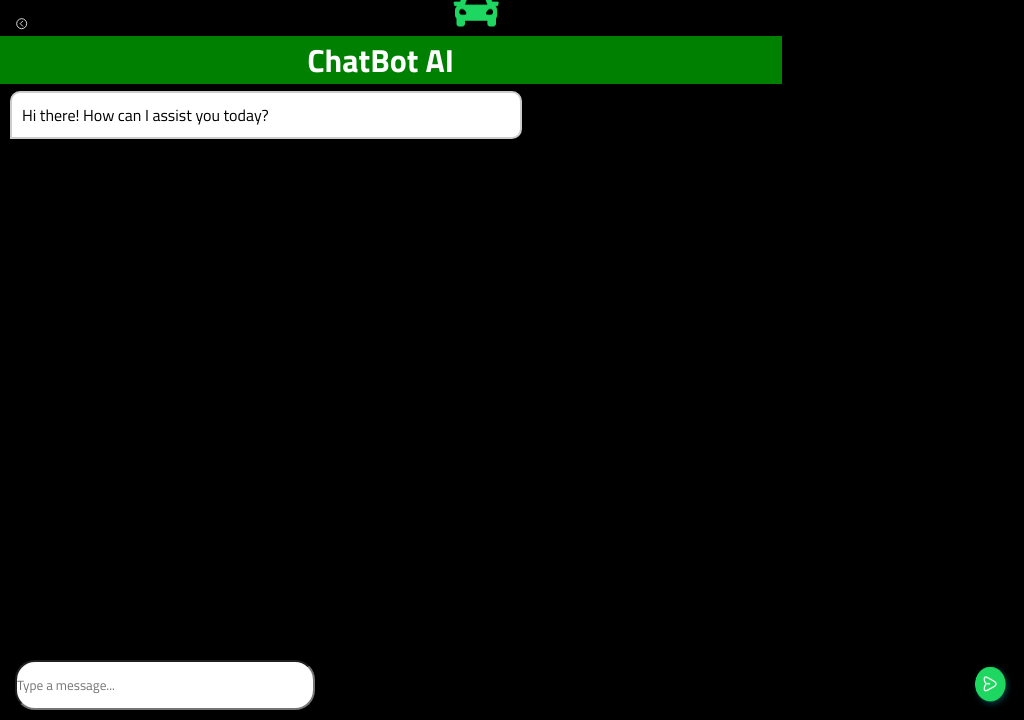
Repository: Rithingithub/SpotWise
Page: /support (app in client/)
These files come from the project's save history. The page is drawn as it stood at one moment and after the next save; the edit follows.
The browser window is 1024 px wide. The pictures show the whole page.
The project was rebuilt for these pictures with package versions that can differ from the ones it lists, and the page was loaded fresh each time. Also part of the build but not shown: client/src/pages/PhoneNumberInput.js, client/src/pages/OTPVerification.js, client/src/components/PaymentTiles.js, client/src/components/settings.js, client/src/components/history.js, client/src/components/Navbar.js, client/src/pages/box.module.css, client/src/pages/MainPage.js.

Above is the page before, as saved 2024-02-14 14:25:39.

After the next save:
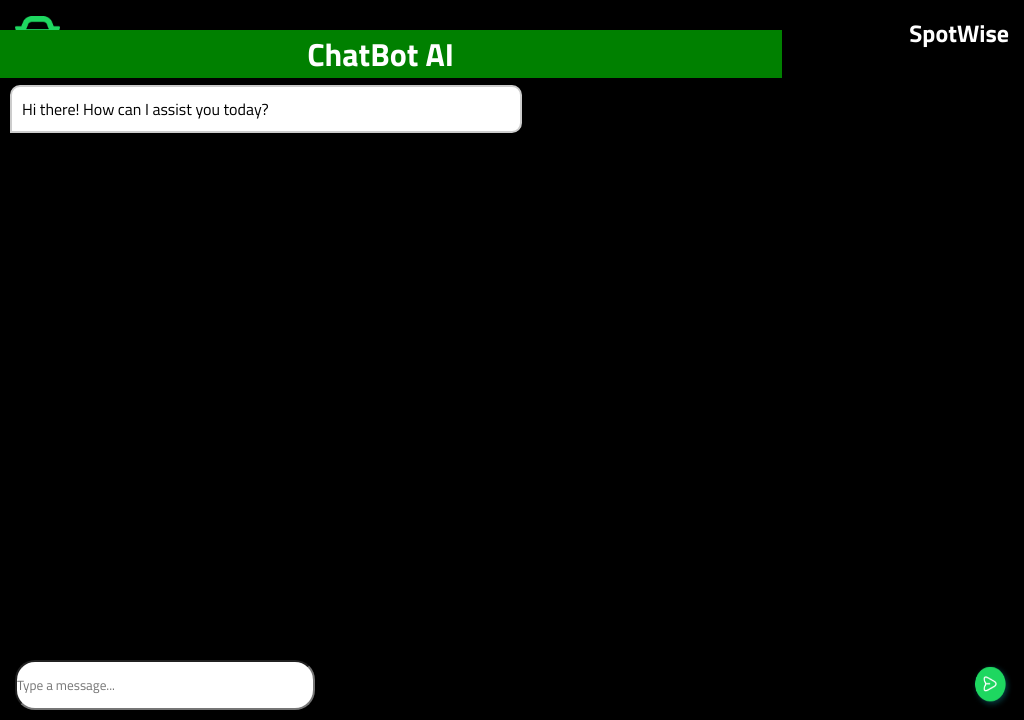
Saved 3 min 6 s later.
--- a/client/src/components/style.module.css
+++ b/client/src/components/style.module.css
@@ -110,7 +110,7 @@
 		font-size: 1.5rem;
 	}
 
-	.Header{
+	/* .Header{
 	position: absolute;
   	top: 30px;
  	left: 50%;
@@ -131,7 +131,35 @@
 	}
 	.icon:hover {
 		color: var(--secondaryColor);
-	}
+	} */
+
+	.Header {
+		position: fixed;
+		top: 0;
+		left: 0;
+		width: 100%;
+		padding: 15px;
+		background-color: var(--mainColor);
+		display: flex;
+		align-items: center;
+		justify-content: space-between;
+	  }
+
+	  .back-button {
+		color: white;
+		background-color: transparent;
+		border: none;
+		padding: 5px;
+	  }
+
+	  .icon {
+		font-size: 2.7rem;
+	  }
+
+	  .icon:hover {
+		color: var(--secondaryColor);
+	  }
+
 
 
 	.paytiles{

After the save that followed:
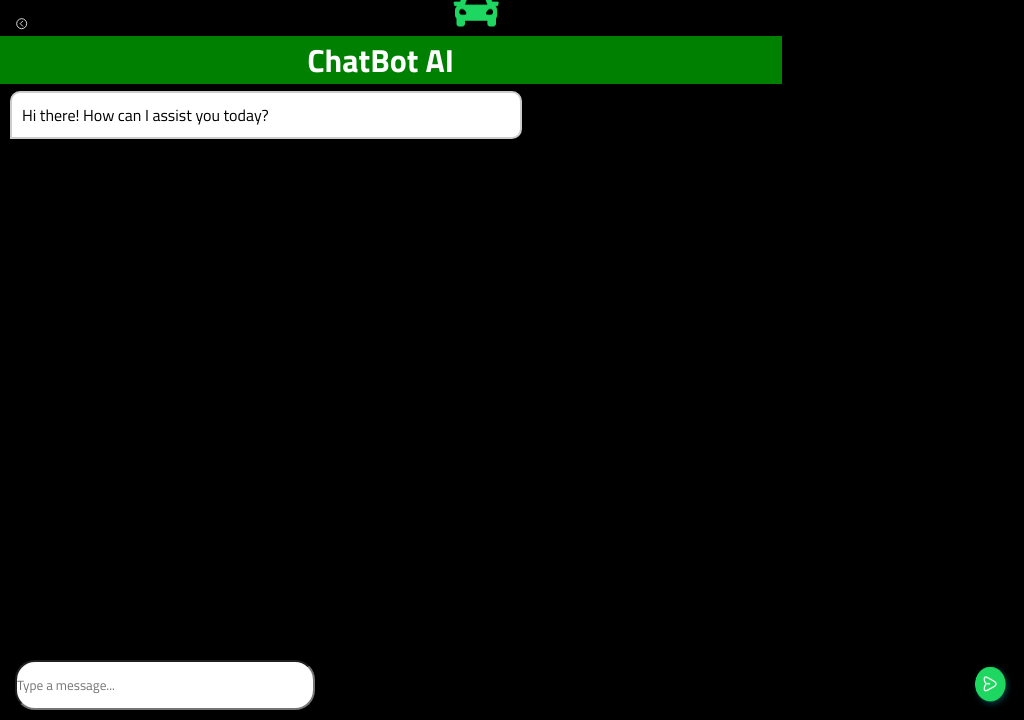
Saved 97 s later.
--- a/client/src/components/style.module.css
+++ b/client/src/components/style.module.css
@@ -110,7 +110,7 @@
 		font-size: 1.5rem;
 	}
 
-	/* .Header{
+	.Header{
 	position: absolute;
   	top: 30px;
  	left: 50%;
@@ -131,9 +131,9 @@
 	}
 	.icon:hover {
 		color: var(--secondaryColor);
-	} */
+	}
 
-	.Header {
+/* 	.Header {
 		position: fixed;
 		top: 0;
 		left: 0;
@@ -159,7 +159,7 @@
 	  .icon:hover {
 		color: var(--secondaryColor);
 	  }
-
+	   */
 
 
 	.paytiles{
